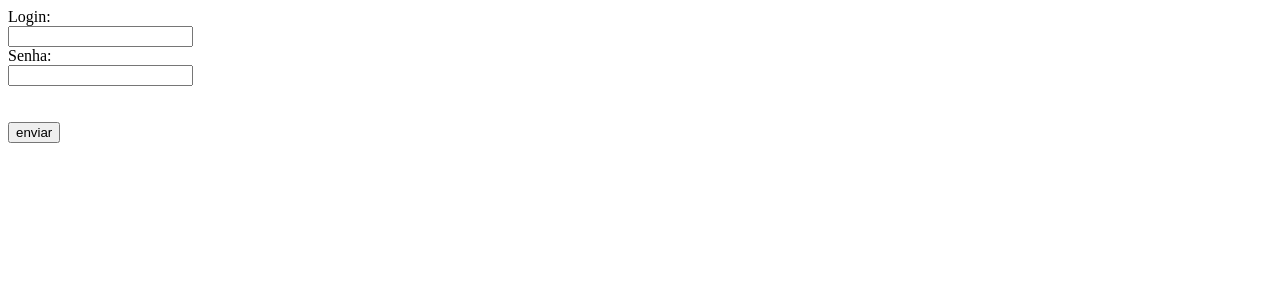
Repository: ygohamon/Java-Projeto-Ygohamon
Page: http://localhost/agenda-contato/index.jsp
The author's editor kept a copy of each file at every save. The page is drawn from the files as they stood at one save, then again after the next save.
The browser window is 1280 px wide. The pictures show the whole page.
The page is served by Tomcat 9. Other server files are loaded and not shown.

Above is the page before, as saved 2017-10-31 23:17:21.

### agenda-contato/WebContent/index.jsp
<!DOCTYPE html>
<html>
<head>
<meta charset="ISO-8859-1">
<title>Primeiro Projeto</title>
</head>
<body>
<form action="CadastroContato" method="post">
	Login:</br> <input type="text" name="login" id="login"></br>
	Senha:</br> <input type="password" name="senha" id="senha"></br></br></br>
	<input type="submit" title="enviar" value="enviar">

</form>
</body>
</html>

After the next save:
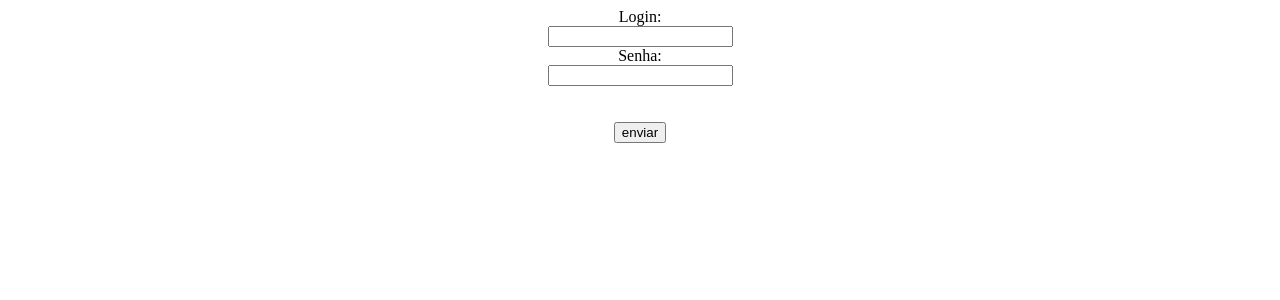
Saved 4 min 39 s later.
--- a/agenda-contato/WebContent/index.jsp
+++ b/agenda-contato/WebContent/index.jsp
@@ -5,11 +5,14 @@
 <title>Primeiro Projeto</title>
 </head>
 <body>
+<div align = "center">
 <form action="CadastroContato" method="post">
 	Login:</br> <input type="text" name="login" id="login"></br>
 	Senha:</br> <input type="password" name="senha" id="senha"></br></br></br>
 	<input type="submit" title="enviar" value="enviar">
 
 </form>
+</div>
+
 </body>
 </html>
